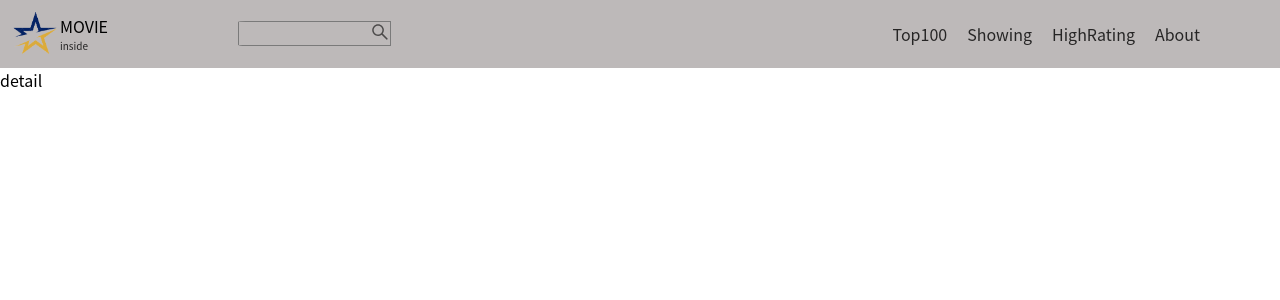
Repository: yangddoddi/Movie-Inside
Page: /detail
These files come from the project's save history. The page is drawn as it stood at one moment and after the next save; the edit follows.
The browser window is 1280 px wide. The pictures show the whole page.
The project was rebuilt for these pictures with package versions that can differ from the ones it lists, and the page was loaded fresh each time. Also part of the build but not shown: src/App.css, src/routes/Main.js. Imported but missing from the stored project, and not drawn on this page: src/components/Main/Jumbotron.

Above is the page before, as saved 2022-05-02 17:56:56.

### public/index.html
<!DOCTYPE html>
<html lang="en">

<head>
  <meta charset="utf-8" />
  <link rel="icon" href="./image/logo.png" />
  <meta name="viewport" content="width=device-width, initial-scale=1" />
  <meta name="theme-color" content="#000000" />
  <meta name="description" content="Web site created using create-react-app" />
  <link rel="apple-touch-icon" href="%PUBLIC_URL%/logo192.png" />
  <!--
      manifest.json provides metadata used when your web app is installed on a
      user's mobile device or desktop. See https://developers.google.com/web/fundamentals/web-app-manifest/
    -->
  <link rel="manifest" href="%PUBLIC_URL%/manifest.json" />
  <!--
      Notice the use of %PUBLIC_URL% in the tags above.
      It will be replaced with the URL of the `public` folder during the build.
      Only files inside the `public` folder can be referenced from the HTML.

      Unlike "/favicon.ico" or "favicon.ico", "%PUBLIC_URL%/favicon.ico" will
      work correctly both with client-side routing and a non-root public URL.
      Learn how to configure a non-root public URL by running `npm run build`.
    -->
  <title>Movie Inside</title>
</head>

<body>
  <noscript>You need to enable JavaScript to run this app.</noscript>
  <div id="root"></div>
  <!--
      This HTML file is a template.
      If you open it directly in the browser, you will see an empty page.

      You can add webfonts, meta tags, or analytics to this file.
      The build step will place the bundled scripts into the <body> tag.

      To begin the development, run `npm start` or `yarn start`.
      To create a production bundle, use `npm run build` or `yarn build`.
    -->
</body>

</html>

### src/App.js
import "./App.css";
import { RouteJS } from "./components/Routes";
import "./scss/main.scss";
import { Nav } from "./components/Nav";

function App() {
  return (
    <>
      <Nav />
      <RouteJS />
    </>
  );
}

export default App;

### src/components/Routes.js
import { Route, BrowserRouter, Routes } from "react-router-dom";
import { Main } from "../routes/Main";
import { Detail } from "../routes/Detail";

export const RouteJS = () => {
  return (
    <Routes>
      <Route path="/" element={<Main />} />
      <Route path="/detail" element={<Detail />} />
    </Routes>
  );
};

### src/scss/main.scss
@font-face {
    font-family: 'Noto Sans CJK KR';
    font-style: normal;
    font-weight: light;
    src: url('../fontStyle/NotoSansKR-Light.woff')
}

@font-face {
    font-family: 'Noto Sans CJK KR';
    font-style: normal;
    font-weight: normal;
    src: url('../fontStyle/NotoSansKR-Regular.woff')
}

@font-face {
    font-family: 'Noto Sans CJK KR';
    font-style: normal;
    font-weight: semi-bold;
    src: url('../fontStyle/NotoSansKR-Medium.woff')
}
@font-face {
    font-family: 'Noto Sans CJK KR';
    font-style: normal;
    font-weight: bold;
    src: url('../fontStyle/NotoSansKR-Bold.woff')
}


* {
    box-sizing: border-box;
    font-family: 'Noto Sans CJK KR';
}

### src/components/Nav.js
import React from "react";
import logo from "../image/logo.png";
import styles from "./Nav.module.scss";
import { AiOutlineSearch } from "react-icons/ai";

export const Nav = () => {
  return (
    <nav className={styles.nav}>
      <div className={styles.navContainer}>
        <div className={styles.leftContainer}>
          <img className={styles.logo} src={logo}></img>
          <div className={styles.logoContainer}>
            <span>MOVIE</span>
            <span>inside</span>
          </div>
          <form>
            <input type={"text"} />
            <label>
              <AiOutlineSearch className={styles.searchIcon} />
            </label>
          </form>
        </div>
        <ul className={styles.navItems}>
          <li className={styles.navItem}>Top100</li>
          <li className={styles.navItem}>Showing</li>
          <li className={styles.navItem}>HighRating</li>
          <li className={styles.navItem}>About</li>
        </ul>
      </div>
    </nav>
  );
};

### src/routes/Detail.js
import React from "react";

export const Detail = () => {
  return <div>detail</div>;
};

### src/components/Nav.module.scss

.nav {
    background-color: #bdb9b9;
    width: 100%;
    padding: 10px;
}

.navContainer {
    display: flex;
    align-items: center;
    justify-content: space-between;
    max-width: 1200px;
}

.logo {
    width: 50px;
}

.logoContainer {
    display: flex;
    flex-direction: column;
    justify-content: flex-end;
    user-select: none;
    margin-right: 100px;

    span:nth-child(2) {
        font-size: 10px;
        color:rgba(0,0,0,0.8);
    }
}

.leftContainer {
    display: flex;
    align-items: center;


    form {
        position:relative;
        display: flex;
        align-items: center;
    }

    input {
        margin-left: 30px;
        border: rgba(122,122,122,1) solid 1px;
        border-radius: 5%;
        height: 25px;
        border-right:none;
        color: rgba(0,0,0,0.8);
        background-color: transparent;
    }

    input:focus {
        outline: none;
    }

    label {
        position: absolute;
        right:0px;
        border: 1px solid rgba(122,122,122,1);
        height: 25px;
        border-left: none;
    }

    svg {
        font-size: 20px;
        color: rgba(0,0,0,0.6);
    }
}

.navItems {
    display: flex;
    list-style: none;
    color: rgba(0,0,0,0.8);
    font-size: 16px;
    margin: 0px;
}


.navItem {
    margin: 10px;
    cursor: pointer;
}

Loaded but not shown: src/index.js (common file); src/index.css (common file); src/reportWebVitals.js (common file)

After the next save:
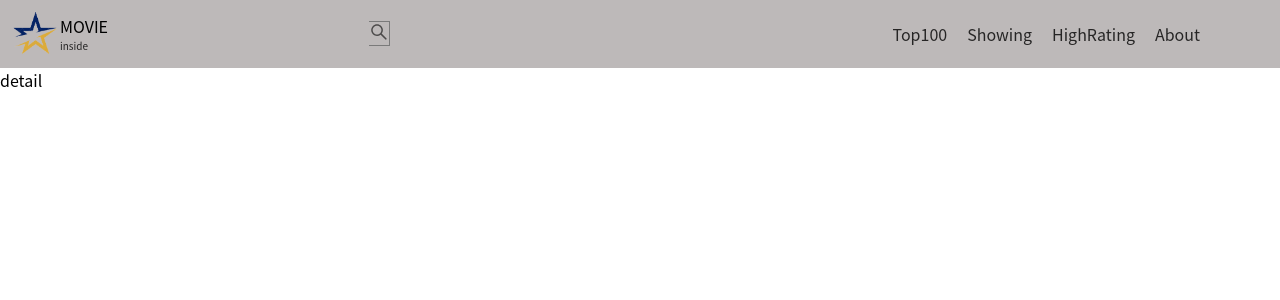
Saved 22 s later.
--- a/src/components/Nav.module.scss
+++ b/src/components/Nav.module.scss
@@ -45,7 +45,7 @@
         border: rgba(122,122,122,1) solid 1px;
         border-radius: 5%;
         height: 25px;
-        border-right:none;
+        border: none;
         color: rgba(0,0,0,0.8);
         background-color: transparent;
     }
